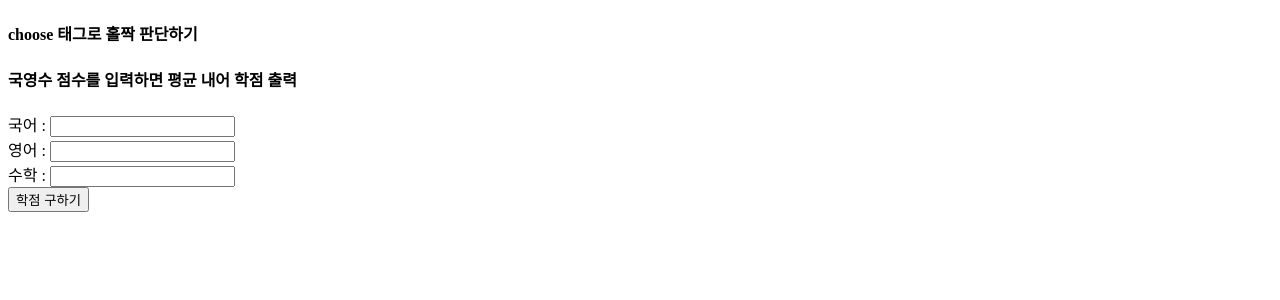
Repository: ssing365/JSPStudy
Page: http://localhost/JSPServlet/08EL/Choose.jsp
An editor plug-in stored every save of this project. The page is shown before and after the next save, followed by the edit.
The browser window is 1280 px wide. The pictures show the whole page.
The page is served by Tomcat 10.

Above is the page before, as saved 2024-11-06 07:38:42.

After the next save:
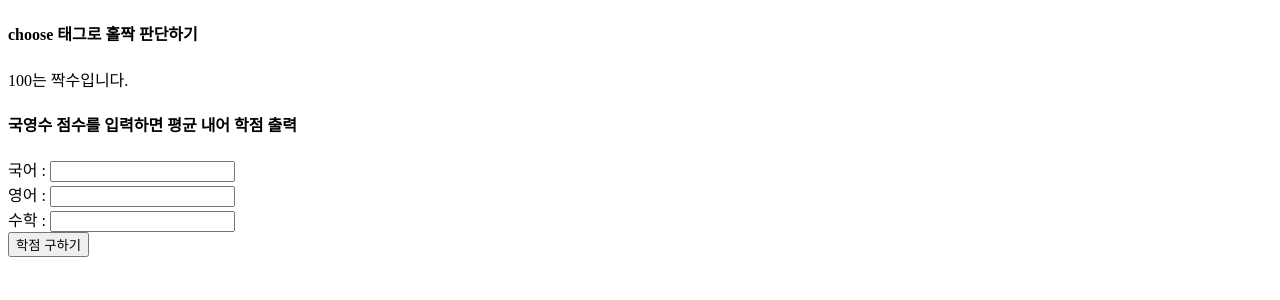
Saved 35 s later.
--- a/JSPServlet/src/main/webapp/08EL/Choose.jsp
+++ b/JSPServlet/src/main/webapp/08EL/Choose.jsp
@@ -17,7 +17,7 @@
 	<h4>choose 태그로 홀짝 판단하기</h4>
 	<!-- number를 2로 나눈 나머지가 0이면 짝수로 판단하고 아니면 홀수로 판단하는 문장 -->
 	<c:choose>
-		<c:when test="${number mod 2 eq 0 }">
+		<c:when test="${number mod 2 eq 0 }">${number }는 짝수입니다.
 		</c:when>
 		<c:otherwise>
 			<!-- if문의 else와 동일한 역할을 한다. 위의 조건에 만족하지 않을 때 실행된다. -->
